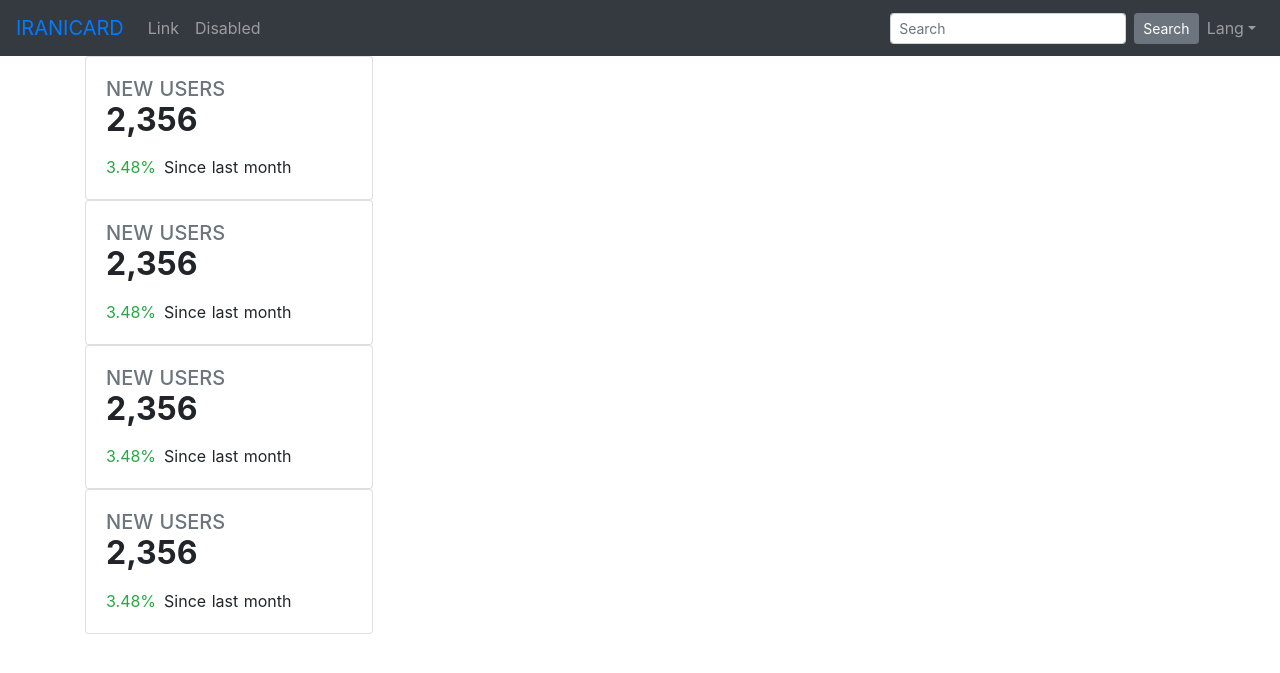
Repository: hosseinemami1370/iranicard
Page: /user
These files come from the project's save history. The page is drawn as it stood at one moment and after the next save; the edit follows.
The browser window is 1280 px wide. The pictures show the whole page.
The page's requests for data from a server got no answer. The project was rebuilt for these pictures with package versions that can differ from the ones it lists, and the page was loaded fresh each time. The framework's server and built-in components were replaced by stand-ins that run in the browser. No one was signed in, and anything a server would have sent is missing. Also part of the build but not shown: nuxt.config.js, components/Header.vue, components/Logo.vue, components/UI/AppButton.vue, layouts/admin.vue, layouts/error.vue.

Above is the page before, as saved 2021-03-16 01:06:51.

### components/navigation/Header.vue
<template>


<div>
  <b-navbar toggleable="lg" type="dark" variant="dark">
    <b-navbar-brand class="logo"  ><nuxt-link  to="/">IRANICARD</nuxt-link></b-navbar-brand>

    <b-navbar-toggle target="nav-collapse"></b-navbar-toggle>

    <b-collapse id="nav-collapse" is-nav>
      <b-navbar-nav>
        <b-nav-item href="#">Link</b-nav-item>
        <b-nav-item href="#" >Disabled</b-nav-item>
      </b-navbar-nav>

      <!-- Right aligned nav items -->
      <b-navbar-nav class="ml-auto">
        <b-nav-form>
          <b-form-input size="sm" class="mr-sm-2" placeholder="Search"></b-form-input>
          <b-button size="sm" class="my-2 my-sm-0" type="submit">Search</b-button>
        </b-nav-form>

        <b-nav-item-dropdown text="Lang" right>
          <b-dropdown-item href="#">EN</b-dropdown-item>
          <b-dropdown-item href="#">ES</b-dropdown-item>
          <b-dropdown-item href="#">RU</b-dropdown-item>
          <b-dropdown-item href="#">FA</b-dropdown-item>
        </b-nav-item-dropdown>

        <b-nav-item-dropdown v-if="visible" right>
          <!-- Using 'button-content' slot -->

          <template #button-content>
            <em>User</em>
          </template>
          <b-dropdown-item href="#">Profile</b-dropdown-item>
          <b-dropdown-item @click="onLogout">Sign Out</b-dropdown-item>
        </b-nav-item-dropdown>
        <b-nav-item v-if="visible">
          <b-avatar  variant="info" src="https://placekitten.com/300/300"></b-avatar>
          <span class="mr-auto">{{email}}</span>
          <span class="text-success">● </span>
          <small>Active</small>
        </b-nav-item>
      </b-navbar-nav>

    </b-collapse>
  </b-navbar>
</div>
</template>

<script>


export default {
  middleware: ["check-auth"],
  data(){
    return{
      visible:false,
      email:''
    }
  },
  created(){

     if(localStorage.getItem("token") != null || localStorage.getItem("token") != undefined) {
       this.visible=true;
        this.email=localStorage.getItem("data")
    }
  },
  methods: {
    onLogout() {
      this.$store.dispatch("logout");
      this.$router.push("/");
    }
  }

}
</script>



<style>
.logo a{

  text-decoration: none;


}

</style>

### layouts/default.vue
<template>
  <div>

    <Nuxt />
  </div>
</template>
<script>
// import Header from '@/components/navigation/Header'
 export default {
//    components:{
//      Header
//    }
computed:{

    loadedData() {
      return this.$store.getters.isAuthenticated

  }
}
 }

</script>

<style>
html {
  font-family:
    'Source Sans Pro',
    -apple-system,
    BlinkMacSystemFont,
    'Segoe UI',
    Roboto,
    'Helvetica Neue',
    Arial,
    sans-serif;
  font-size: 16px;
  word-spacing: 1px;
  -ms-text-size-adjust: 100%;
  -webkit-text-size-adjust: 100%;
  -moz-osx-font-smoothing: grayscale;
  -webkit-font-smoothing: antialiased;
  box-sizing: border-box;
}

*,
*::before,
*::after {
  box-sizing: border-box;
  margin: 0;
}

.button--green {
  display: inline-block;
  border-radius: 4px;
  border: 1px solid #3b8070;
  color: #3b8070;
  text-decoration: none;
  padding: 10px 30px;
}

.button--green:hover {
  color: #fff;
  background-color: #3b8070;
}

.button--grey {
  display: inline-block;
  border-radius: 4px;
  border: 1px solid #35495e;
  color: #35495e;
  text-decoration: none;
  padding: 10px 30px;
  margin-left: 15px;
}

.button--grey:hover {
  color: #fff;
  background-color: #35495e;
}
</style>

### layouts/header.vue
<template>
 <div>
   <Header />
   <nuxt />
 </div>

</template>

<script>
import Header from '@/components/navigation/Header'
export default {
    components:{
        Header

    },

}
</script>

<style>

</style>

### store/index.js
import Vuex from "vuex";

import Cookie from "js-cookie";

const createStore =() =>{
   return new Vuex.Store({
    state:{
        loadedData:[],
        token:null,

    },
    mutations:{
        SETTOKEN(state,token){
            state.token=token;
        },
        CLEARTOKEN(state) {
            state.token = null;
          },
          SETEDATA(state,data){
            state.loadedData=data;
          }

    },
    actions:{
        authenticationUser(vuexContext,authData){
            let authUrl =
          "https://www.googleapis.com/identitytoolkit/v3/relyingparty/verifyPassword?key=" +
          process.env.fbAPIKey;
        if (!authData.isLogin) {
          authUrl =
            "https://www.googleapis.com/identitytoolkit/v3/relyingparty/signupNewUser?key=" +
            process.env.fbAPIKey;
        }
        return this.$axios
          .$post(authUrl, {
            email: authData.email,
            password: authData.password,
            returnSecureToken: true
          })
          .then(result => {
            console.log("result:",result);
            vuexContext.commit("SETEDATA",result.email);
            vuexContext.commit("SETTOKEN", result.idToken);
            localStorage.setItem("token", result.idToken);
            localStorage.setItem("data",result.email);
            localStorage.setItem("isLogin",authData.isLogin)
            console.log("result.expiresIn",result.expiresIn);
            localStorage.setItem(
              "tokenExpiration",
              new Date().getTime() + Number.parseInt(result.expiresIn) * 1000
            );
            Cookie.set("jwt", result.idToken);
            Cookie.set(
              "expirationDate",
              new Date().getTime() + Number.parseInt(result.expiresIn) * 1000
            );
            console.log("new Date().getTime() + Number.parseInt(result.expiresIn)",new Date().getTime() + Number.parseInt(result.expiresIn));
          })
          .catch(e => {
            console.log('error1:', e);
            alert("usre or password invalid!")
          });
        },
        initAuth(vuexContext, req) {
          //auto log out
          let token;
          let expirationDate;
          if (req) {
            if (!req.headers.cookie) {
              return;
            }
            const jwtCookie = req.headers.cookie
              .split(";")
              .find(c => c.trim().startsWith("jwt="));
            if (!jwtCookie) {
              return;
            }
            token = jwtCookie.split("=")[1];
            expirationDate = req.headers.cookie
              .split(";")
              .find(c => c.trim().startsWith("expirationDate="))
              .split("=")[1];
          } else {
            token = localStorage.getItem("token");
            expirationDate = localStorage.getItem("tokenExpiration");
          }
          if (new Date().getTime() > +expirationDate || !token) {
            console.log("No token or invalid token");
            vuexContext.dispatch("logout");
            return;
          }
          vuexContext.commit("SETTOKEN", token);
        },
          logout(vuexContext) {
            vuexContext.commit("CLEARTOKEN");
            Cookie.remove("jwt");
            Cookie.remove("expirationDate");
            if (process.client) {
              localStorage.removeItem("token");
              localStorage.removeItem("tokenExpiration");
            }
          },

    },
    getters: {
      loadedData(state) {
        return state.loadedData;
      },
      isAuthenticated(state) {
        return state.token != null;
      },

    }
   })
}
export default createStore;

### plugins/core-component.js
import Vue from 'vue';
import AppButton from '@/components/UI/AppButton'
import Vuelidate from 'vuelidate'
Vue.use(Vuelidate)
Vue.component('AppButton', AppButton)

### pages/user/index.vue
<template>
  <b-container class="bv-example-row">
   <div style="width: 18rem;">
  <div class="card card-stats">
    <!-- Card body -->
    <div class="card-body">
      <div class="row">
        <div class="col">
            <h5 class="card-title text-uppercase text-muted mb-0">New users</h5>
            <span class="h2 font-weight-bold mb-0">2,356</span>
        </div>
        <div class="col-auto">
          <div class="icon icon-shape bg-orange text-white rounded-circle shadow">
              <i class="ni ni-chart-pie-35"></i>
          </div>
        </div>
      </div>
      <p class="mt-3 mb-0 text-sm">
          <span class="text-success mr-2"><i class="fa fa-arrow-up"></i> 3.48%</span>
          <span class="text-nowrap">Since last month</span>
      </p>
    </div>
  </div>
</div>
<div style="width: 18rem;">
  <div class="card card-stats">
    <!-- Card body -->
    <div class="card-body">
      <div class="row">
        <div class="col">
            <h5 class="card-title text-uppercase text-muted mb-0">New users</h5>
            <span class="h2 font-weight-bold mb-0">2,356</span>
        </div>
        <div class="col-auto">
          <div class="icon icon-shape bg-orange text-white rounded-circle shadow">
              <i class="ni ni-chart-pie-35"></i>
          </div>
        </div>
      </div>
      <p class="mt-3 mb-0 text-sm">
          <span class="text-success mr-2"><i class="fa fa-arrow-up"></i> 3.48%</span>
          <span class="text-nowrap">Since last month</span>
      </p>
    </div>
  </div>
</div>
<div style="width: 18rem;">
  <div class="card card-stats">
    <!-- Card body -->
    <div class="card-body">
      <div class="row">
        <div class="col">
            <h5 class="card-title text-uppercase text-muted mb-0">New users</h5>
            <span class="h2 font-weight-bold mb-0">2,356</span>
        </div>
        <div class="col-auto">
          <div class="icon icon-shape bg-orange text-white rounded-circle shadow">
              <i class="ni ni-chart-pie-35"></i>
          </div>
        </div>
      </div>
      <p class="mt-3 mb-0 text-sm">
          <span class="text-success mr-2"><i class="fa fa-arrow-up"></i> 3.48%</span>
          <span class="text-nowrap">Since last month</span>
      </p>
    </div>
  </div>
</div>
<div style="width: 18rem;">
  <div class="card card-stats">
    <!-- Card body -->
    <div class="card-body">
      <div class="row">
        <div class="col">
            <h5 class="card-title text-uppercase text-muted mb-0">New users</h5>
            <span class="h2 font-weight-bold mb-0">2,356</span>
        </div>
        <div class="col-auto">
          <div class="icon icon-shape bg-orange text-white rounded-circle shadow">
              <i class="ni ni-chart-pie-35"></i>
          </div>
        </div>
      </div>
      <p class="mt-3 mb-0 text-sm">
          <span class="text-success mr-2"><i class="fa fa-arrow-up"></i> 3.48%</span>
          <span class="text-nowrap">Since last month</span>
      </p>
    </div>
  </div>
</div>

    <!-- <b-row>
      <b-col>
        <div>
          <b-card
            title="Card Title"
            img-src="https://demos.creative-tim.com/argon-dashboard-pro/assets/img/theme/img-1-1000x600.jpg"
            img-alt="Image"
            img-top
            tag="article"
            style="max-width: 20rem"
            class="mb-2"
          >
            <b-card-text>
              Some quick example text to build on the card title and make up the
              bulk of the card's content.
            </b-card-text>

            <b-button href="javascript:;" variant="primary"
              >Go somewhere</b-button
            >
          </b-card>
        </div>
        </b-col>
      <b-col>
        <div>
          <b-card
            title="Card Title"
            img-src="https://demos.creative-tim.com/argon-dashboard-pro/assets/img/theme/img-1-1000x600.jpg"
            img-alt="Image"
            img-top
            tag="article"
            style="max-width: 20rem"
            class="mb-2"
          >
            <b-card-text>
              Some quick example text to build on the card title and make up the
              bulk of the card's content.
            </b-card-text>

            <b-button href="javascript:;" variant="primary"
              >Go somewhere</b-button
            >
          </b-card>
        </div>
      </b-col>
      <b-col>
        <div>
          <b-card
            title="Card Title"
            img-src="https://demos.creative-tim.com/argon-dashboard-pro/assets/img/theme/img-1-1000x600.jpg"
            img-alt="Image"
            img-top
            tag="article"
            style="max-width: 20rem"
            class="mb-2"
          >
            <b-card-text>
              Some quick example text to build on the card title and make up the
              bulk of the card's content.
            </b-card-text>

            <b-button href="javascript:;" variant="primary"
              >Go somewhere</b-button
            >
          </b-card>
        </div>
      </b-col>
    </b-row> -->
  </b-container>
</template>

<script>
export default {
  layout: "header",
  middleware: ["auth","check-auth"],
  computed: {

  },
  data() {
    return {
      email: localStorage.getItem("data"),
    };
  },
};
</script>

<style>
</style>

After the next save:
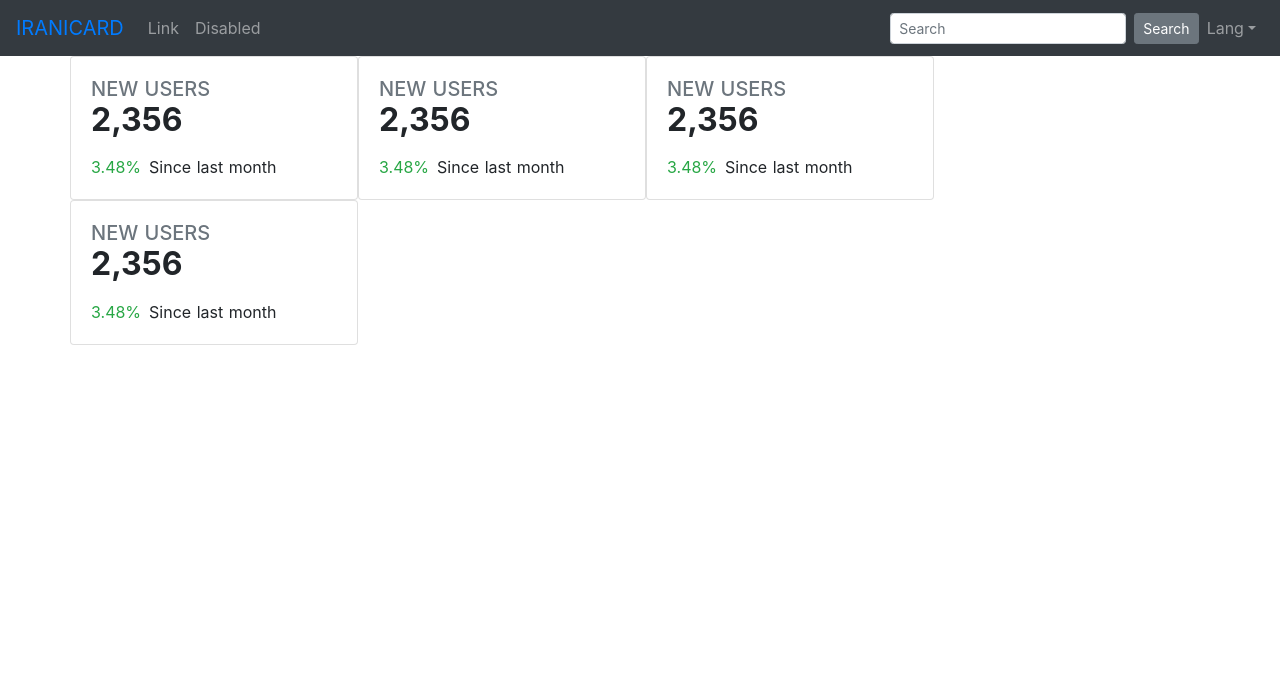
Saved 22 s later.
--- a/pages/user/index.vue
+++ b/pages/user/index.vue
@@ -1,5 +1,6 @@
 <template>
   <b-container class="bv-example-row">
+    <b-row>
    <div style="width: 18rem;">
   <div class="card card-stats">
     <!-- Card body -->
@@ -88,6 +89,7 @@
     </div>
   </div>
 </div>
+</b-row>
 
     <!-- <b-row>
       <b-col>
